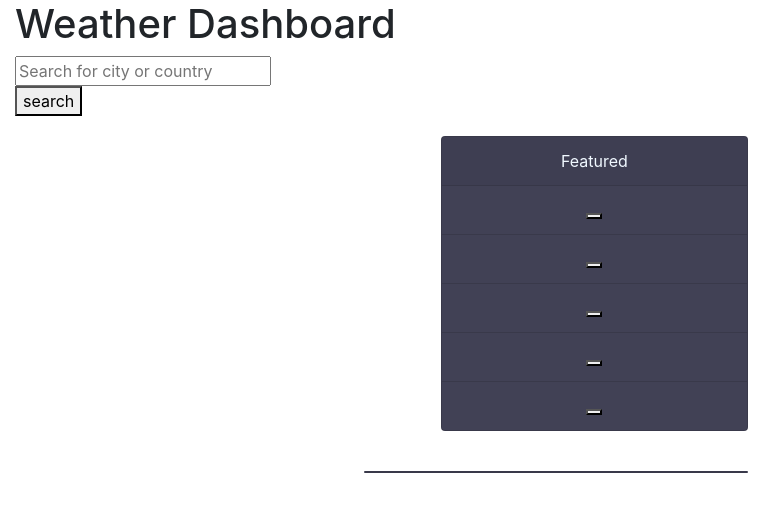
Repository: cobalt88/weather-forecast-app
Page: index.html
These files come from the project's save history. The page is drawn as it stood at one moment and after the next save; the edit follows.
The browser window is 768 px wide. The pictures show the whole page.
The page's requests for data from a server got no answer. Some web libraries are served in a nearby version.

Above is the page before, as saved 2022-05-23 08:09:28.

After the next save:
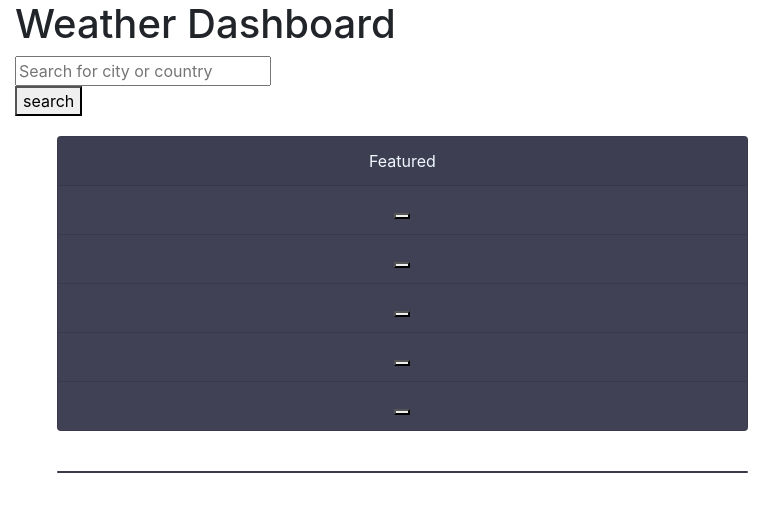
Saved 5 min 35 s later.
--- a/assets/style.css
+++ b/assets/style.css
@@ -61,3 +61,13 @@ img {
 .uvExtreme {
   color: violet
 }
+
+@media only screen and (max-width: 900px) {
+  #today {
+    width: 90%;
+  }
+
+  .history-card {
+    width: 90%;
+  }
+}

After the save that followed:
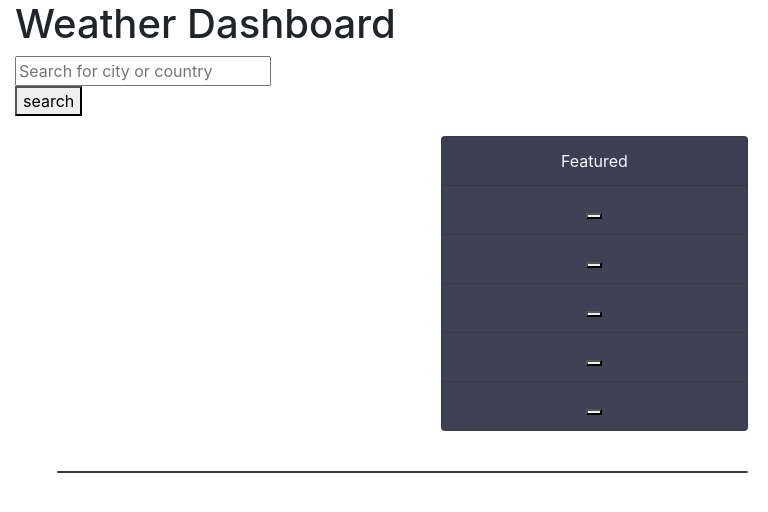
Saved 60 s later.
--- a/assets/style.css
+++ b/assets/style.css
@@ -70,4 +70,8 @@ img {
   .history-card {
     width: 90%;
   }
+
+  .card {
+    width: 40%;
+  }
 }
